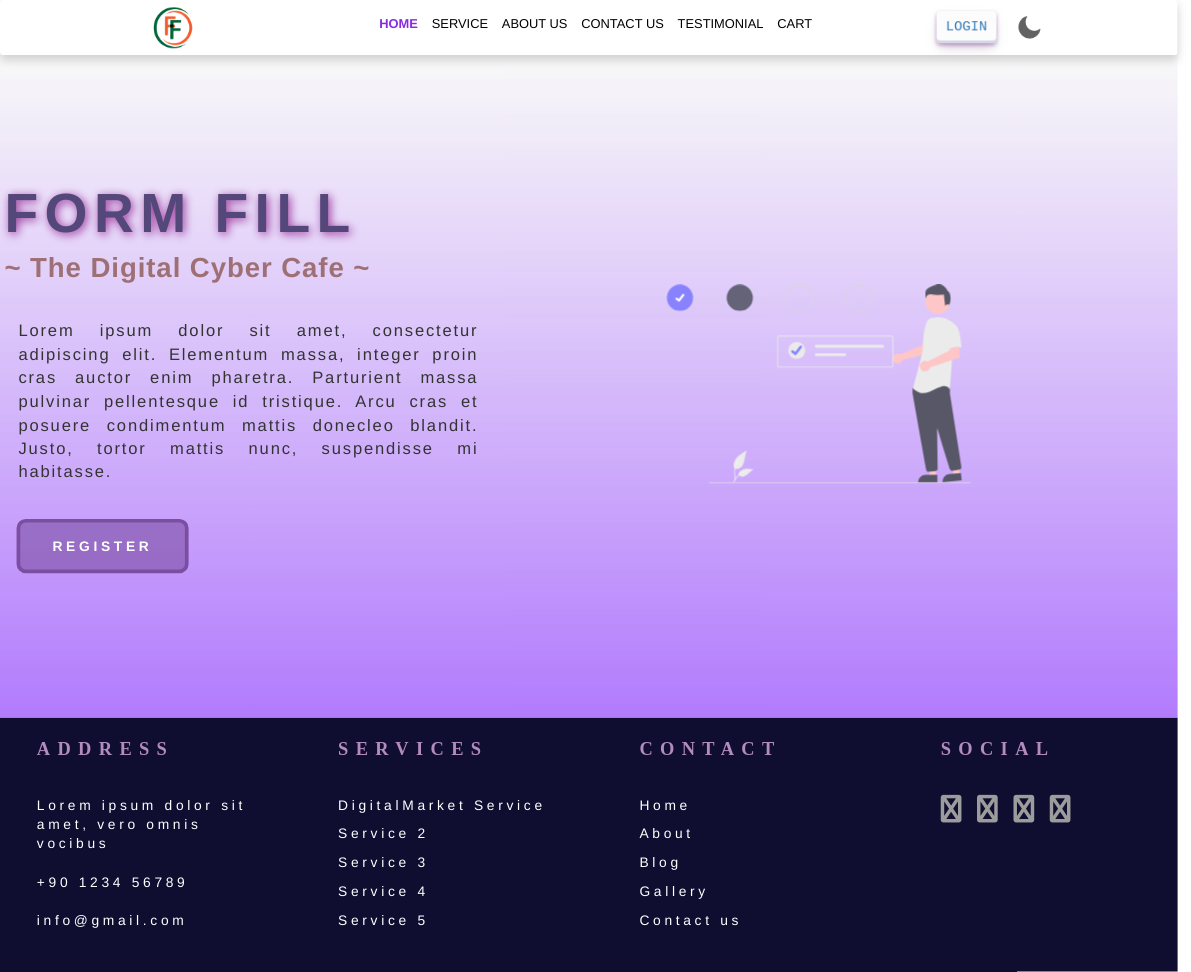
Repository: codervivek5/Formfil
Page: index.html
An editor plug-in stored every save of this project. The page is shown before and after the next save, followed by the edit.
The browser window is 1280 px wide. The page is 1295 px wide, so the pictures cover 1295 px, including what lies to the right of the window. The pictures show the whole page, at 92% of full size.
Some web fonts or font styles are not loaded; a fallback is used.

Above is the page before, as saved 2023-03-04 21:13:34.

### index.html
<!DOCTYPE html>
<html lang="en">

<head>
	<meta charset="UTF-8" />
	<meta http-equiv="X-UA-Compatible" content="IE=edge" />
	<meta name="viewport" content="width=device-width, initial-scale=1.0" />
	<title>Home-FormFil</title>
	<link rel="stylesheet" href="style/style.css" />
     <link rel="stylesheet" href="style/theme.css">

	<link rel="stylesheet" href="https://maxcdn.bootstrapcdn.com/bootstrap/3.4.1/css/bootstrap.min.css">
	<script src="https://ajax.googleapis.com/ajax/libs/jquery/3.6.0/jquery.min.js"></script>
     <script src="https://maxcdn.bootstrapcdn.com/bootstrap/3.4.1/js/bootstrap.min.js"></script>

	<link rel="stylesheet" href="https://fonts.googleapis.com/css?family=Trirong" />
	<link rel="icon" type="image/x-icon" href="./img/crop_logo.png" />
	<link rel="stylesheet" href="https://cdnjs.cloudflare.com/ajax/libs/font-awesome/6.2.1/css/all.min.css">
</head>

<body>

    <div class="loader">
          <img class= "imgload" src="img/logo.png"  alt="">
     </div>

     <header class="navbar">
      <a href="index.html"><img class="logo" src="img/logo.png" width="100px" height="100px" /></a>

      <div class="navbar-opt">
        <ul class="navbar-list">
          <li><a href="index.html" class="nav-link active">HOME</a></li>
          <li><a href="pages/service.html" class="nav-link">SERVICE </a></li>
          <li><a href="pages/about_us.html" class="nav-link">ABOUT US </a></li>
          <li><a href="pages/contact-us.html" class="nav-link">CONTACT US </a></li>
          <li><a href="pages/testimonial.html" class="nav-link">TESTIMONIAL</a></li>
          <li><a href="pages/cart.html" class="nav-link">CART</a></li>
        </ul>
      </div>

      <div class="fixed-buttons">
        <button><a href="pages/login.html" class="lgn">LOGIN</a></button>
        <img src="img/moon.png" id="icon">
      </div>

      <div class="mobile-menu">
        <ion-icon name="menu-outline" class="menu-icon"></ion-icon>
        <ion-icon name="close-outline" class="menu-icon"></ion-icon>
      </div>

     </header>

	<div class="main">

		<div class="container">
			<div class="content animated fadeInLeft">
				<h1>FORM FILL</h1>
				<h2>~ The Digital Cyber Cafe ~</h2>
				<p class="para">
					Lorem ipsum dolor sit amet, consectetur adipiscing elit.
          Elementum massa, integer proin cras auctor enim pharetra.
					Parturient massa pulvinar pellentesque id tristique.
          Arcu cras et posuere condimentum mattis donecleo blandit.
          Justo, tortor mattis nunc, suspendisse mi habitasse.
				</p>
				<div class="btn">
					<a href="pages/signup.html"> <button class="btn1 button">REGISTER</button></a>
				</div>
			</div>
			<div class="shipp animated fadeInRight">
				<img src="img/svg.svg" />
        <!-- <img src="img/formfilSvg.svg" /> -->
			</div>
		</div>
	</div>

<!-- footer section -->
<footer>
    <div>
        <div class="row">
            <div class="col-lg-3 col-md-5 col-sm-4 col-xs-12">
                <ul class="adress">
                     <span>Address</span>
                     <li>
                        <p>Lorem ipsum dolor sit amet, vero omnis vocibus</p>
                      </li>

                      <li>
                        <p>+90 1234 56789</p>
                      </li>

                      <li>
                        <p>info@gmail.com</p>
                      </li>
                 </ul>
            </div>
            <div class="col-lg-3 col-md-5 col-sm-4 col-xs-12">
               <ul class="service">
                    <span>Services</span>
                    <li>
                       <a href="#">DigitalMarket Service</a>
                     </li>

                     <li>
                        <a href="#">Service 2</a>
                     </li>

                     <li>
                       <a href="#">Service 3</a>
                     </li>

                     <li>
                        <a href="#">Service 4 </a>
                     </li>

                     <li>
                       <a href="#">Service 5</a>
                    </li>
               </ul>
           </div>
            <div class="col-lg-3 col-md-3 col-sm-4 col-xs-12">
                <ul class="contact">
                     <span>Contact</span>
                     <li>
                        <a href="index.html">Home</a>
                      </li>

                      <li>
                         <a href="pages/about_us.html">About</a>
                      </li>

                      <li>
                        <a href="#">Blog</a>
                      </li>

                      <li>
                         <a href="#">Gallery </a>
                      </li>

                      <li>
                        <a href="pages/contact-us.html">Contact us</a>
                     </li>
                </ul>
            </div>

            <div class="col-lg-3 col-md-3 col-sm-4 col-xs-12">
               <ul class="social">
                    <span>Social</span>
                    <li>
                         <a href="https://www.facebook.com/codervivek"  target="_blank"><i class="fa fa-facebook fa-2x"></i></a>
                    </li>

                    <li>
                         <a href="https://github.com/codervivek5" target="_blank"><i class="fa fa-github fa-2x"></i></a>
                    </li>

                    <li>
                         <a href="https://www.linkedin.com/in/codervivek/" target="_blank"><i class="fa fa-linkedin fa-2x"></i></a>
                    </li>

                    <li>
                         <a href="https://twitter.com/codervivek5" target="_blank"><i class="fa fa-twitter fa-2x"></i></a>
                    </li>

                    <li>
                         <a href="https://www.youtube.com/codervivek" target="_blank"><i class="fa fa-youtube-play fa-2x"></i></a>
                   </li>
                  </ul>
            </div>
       </div>
    </div>
    <button class="back-to-top hidden">
     <svg
     xmlns="http://www.w3.org/2000/svg"
     class="back-to-top-icon"
     fill="none"
     viewBox="0 0 24 24"
     stroke="currentColor"
   >
     <path
       stroke-linecap="round"
       stroke-linejoin="round"
       stroke-width="2"
       d="M7 11l5-5m0 0l5 5m-5-5v12"
     />
   </svg></button>
</footer>


<script>

     // Javascript Code for Dark Mode Switch
	var icon = document.getElementById("icon");
	icon.onclick = function(){
		document.body.classList.toggle("dark-mode");
		if (document.body.classList.contains("dark-mode")){
			icon.src="img/sun.png";
		}
		else {
			icon.src="img/moon.png";
		}
	}
  //javascript for loader
  $(document).ready(function() {
      // Animate loader off screen
   setTimeout(function() {
    $(".loader").fadeOut("slow");
   }, 0);
  });
      // Javascript Code for Scroll to top Button
      const showOnPx = 100;
      const backToTopButton = document.querySelector(".back-to-top")

     const scrollContainer = () => {
       return document.documentElement || document.body;
      };

 document.addEventListener("scroll", () => {
   if (scrollContainer().scrollTop > showOnPx) {
     backToTopButton.classList.remove("hidden")
   } else {
     backToTopButton.classList.add("hidden")
   }
 })
 const goToTop = () => {
   document.body.scrollIntoView({
     behavior: "smooth",
   });
 };
 backToTopButton.addEventListener("click", goToTop);

 const mobile_nav= document.querySelector('.mobile-menu');
const nav_header= document.querySelector(".navbar");

const toggleNav = () =>{
  nav_header.classList.toggle("switchOn");
}

mobile_nav.addEventListener('click', () => toggleNav());

</script>
<script type="module" src="https://unpkg.com/ionicons@5.5.2/dist/ionicons/ionicons.esm.js"></script>
<script nomodule src="https://unpkg.com/ionicons@5.5.2/dist/ionicons/ionicons.js"></script>
</body>
</html>

### style/style.css
@import url('https://fonts.googleapis.com/css2?family=Tilt+Prism&display=swap');

body{
	margin:0;
	padding:0;
	background:black;
font-family: 'Times New Roman', Times, serif;
overflow-x: hidden;
}
.main{
	position: relative;
	height:100%;
	width:100%;
	background-position: center;
	background-repeat: no-repeat;
	background-size: cover;
	opacity: 0.8;

}
.navbar{
    padding: 0 !important;
    padding: 0 3rem;
    height: 6rem;
    display: flex;
    justify-content: space-between;
    align-items: center;
    margin-bottom: 0 !important;
    box-shadow: 0px 5px 10px #48464640 !important;
    z-index: 999;
}

.navbar-opt{
    transition: all 0.5s;
  }

  .navbar-list{
    display: flex;
    gap: 1.5rem;
    list-style: none;
  }

  .fixed-buttons{
    display: flex;
    justify-content: center;
    align-items: center;
    column-gap: 1rem;
  }

  .active{
    font-weight: 700 !important;
  }

  .nav-link:link,
.nav-link:visited {
  display: inline-block;
  text-decoration: none;
  color: black;
}

.mobile-menu{
  display: none;
  background: transparent;
  cursor: pointer;
}

.menu-icon{
  width: 3.2rem;
  height: 3.2rem;
  z-index: 1000;
}

.menu-icon[name="close-outline"]{
  display: none;
}

.fixed-buttons button{
  align-items: center;
  appearance: none;
  background-color: #FCFCFD;
  border-radius: 4px;
  border-width: 0;
  box-shadow: #7b378e7b 0 2px 4px,#c1b6c4a8 0 7px 13px -3px,#D6D6E7 0 -3px 0 inset;
  box-sizing: border-box;
  color: #36395A;
  cursor: pointer;
  display: inline-flex;
  font-family: "JetBrains Mono",monospace;
  height: 3.5rem;
  justify-content: center;
  line-height: 1;
  list-style: none;
  overflow: hidden;
  padding-left: 1rem;
  padding-right: 1rem;
  position: relative;
  text-align: left;
  text-decoration: none;
  transition: box-shadow .15s,transform .15s;
  user-select: none;
  -webkit-user-select: none;
  touch-action: manipulation;
  white-space: nowrap;
  will-change: box-shadow,transform;
  font-size: 1.5rem;
}

.fixed-buttons button:focus {
    box-shadow: #D6D6E7 0 0 0 1.5px inset, rgba(45, 35, 66, 0.4) 0 2px 4px, rgba(45, 35, 66, 0.3) 0 7px 13px -3px, #D6D6E7 0 -3px 0 inset;
  }

  .fixed-buttons button:hover {
    box-shadow: rgba(45, 35, 66, 0.4) 0 4px 8px, rgba(45, 35, 66, 0.3) 0 7px 13px -3px, #D6D6E7 0 -3px 0 inset;
    transform: translateY(-2px);
  }

  .fixed-buttons button:active {
    box-shadow: #D6D6E7 0 3px 7px inset;
    transform: translateY(2px);
  }

@media (max-width:1220px){
    .navbar-list{
      gap: 0.3rem;
    }
  }

  @media (max-width:1030px){
    .mobile-menu{
      display: block;
    }

    .navbar{
      padding: 0 1rem;
      position: relative;
    }

    .navbar-opt{
      width: 100vw;
      height: 100vh;
      background-color: #484646dd;
      position: absolute;
      top: 0;
      left: 0;
      display: flex;
      justify-content: center;
      /* transform: translateY(100%); */
      transition: all 0.5s linear;
      opacity: 0;
      visibility: hidden;
      pointer-events: none;
    }

    .navbar-list{
      flex-direction: column;
      align-items: center;
      justify-content: center;
      font-size: 1.7rem;
      font-weight: 500;
    }

    .switchOn .navbar-opt{
      opacity: 1;
      visibility: visible;
      pointer-events: auto;
    }

    .switchOn .mobile-menu .menu-icon[name="close-outline"]{
      display: block;
    }

    .switchOn .mobile-menu .menu-icon[name="menu-outline"]{
      display: none;
    }

  }

  .nav-link:hover{
    color: grey !important;
  }

    /* ____________________________________________________________________________________________________________ */

.container{
    display: flex;
    justify-content: space-between;
    align-items: center;
    position: relative;
    top: 20vh;
    padding: 0px 25px;
}
.shipp{
  padding-left: 50px;
}
.shipp img{
    width: 60vh;
}
.content{
  display: flex;
  flex-direction: column;
  margin-left: -110px;
}
.content h1{
    color: #2a1958;
    text-shadow: 2px 2px 10px purple;
    font-size: 6rem;
    letter-spacing: 7px;
    margin-top: -5px;
    font-weight: bold;
}
.content h2{
  color: rgba(0, 0, 0, 0.87);
	width:100%;
  font-weight: bold;
  margin-top: -1px;
  letter-spacing: 1px;
}
.content .para{
  color: black;
	width:100%;
  text-align: justify;
  font-size: 18px;
  margin-top: 30px;
  padding-left: 60px;
  letter-spacing: 2px;
  font-weight: 500;

}
.content .btn{
  text-align: left;
  margin-left: 45px;
  margin-top: 20px;
}
.content button{
    padding: 15px 35px;
    border-radius: 10px;
    border: none;
    background-color: rgba(90, 34, 139,0.6) !important;
    border: 4px solid rgba(90, 34, 139);
    color: white !important;
    font-weight: bold !important;
    letter-spacing: 4px;
    font-size: 15px !important;
    transition: transform .2s;
}
.btn1:hover{
  transform: scale(1.15);
  background-color: rgba(90, 34, 139,0.2) !important;
  color: white !important;
}

@media only screen and (max-width: 1300px){
    .shipp img{
      width: 50vw;
      height: 30vh;
  }
  }

  @media only screen and (max-width: 500px){
    .container{
      display: flex;
      flex-direction: column;
      padding: 0 !important;
      margin: 0 !important;
    }
    .content{
      width: 100vw;
      display: flex;
      flex-direction: column;
      justify-content: center;
      align-items: center;
      padding: 0 !important;
      margin: 0 !important;
    }
    .shipp img{
      width: 50vw;
      height: 40vh;
  }
  .content h1{
    font-size: 3rem;
  }
  .content h2{
    font-size: 2rem;
  }
  .content .para{
    font-size: 1.5rem;
  }
  }
/* footer */
footer{
     background-color: #0f0e31;
     padding:20px 0px;
     z-index: 1;
}

footer ul li{
    padding:5px 0px;
}

.adress span , .contact span , .social span, .service span{
   color: #FFF;
   font-weight: 800;
   padding-bottom: 10px;
   margin-bottom: 20px;
   display: block;
   text-transform: uppercase;
   font-size: 20px;
   letter-spacing: 3px;
}

.adress li p , .contact li a , .social li a, .service li a{
    color:#FFF;
    letter-spacing: 2px;
    text-decoration:none;
    font-size:15px;
    font-style: sans-serif;
}

.social li{
    float:left;
}

.adress , .contact , .social , .service{
    list-style: none;
}

.fa{
    color:#9c9c9c;
    margin-right: 15px;
    font-size:24px;
}
.service span{
    letter-spacing: 8px;
    font-family:'Tilt Prism', cursive;
    color:rgb(179,140,189);
}
.contact span{
    letter-spacing: 8px;
    font-family: 'Tilt Prism', cursive;
    color:rgb(179,140,189);

}
.adress span{
    letter-spacing: 8px;
    font-family:'Tilt Prism', cursive;
    color:rgb(179,140,189);
}
.social span{
    letter-spacing: 8px;
    font-family:'Tilt Prism', cursive;
    color:rgb(179,140,189);
}
.service a{
    letter-spacing: 4px !important;
    position: relative;
    transition: all 0.5s ease;
    -webkit-transition: all 0.5s ease;
}
.service a:hover {
    color: rgb(137,130,255) !important;
    transition: all 1s ease;
    -webkit-transition: all 1s ease;
}

 .service a:before, .service a:after {
  content: '';
  position: absolute;
  width: 0%;
  height: 1px;
  bottom: -1px;
  background:rgb(204,214,246);
}

.imgload{
	height: 25%;
	width: 15%;

}
.loader{
    position: fixed;
    z-index: 1;
    top: 0;
    left: 0;
    background: #7b378ec4;
    height: 100%;
    width: 100%;
    display: flex;
    justify-content: center;
    align-items: center;
  }

  .loader.hidden{
    animation: fadeOut 2s forwards;
  }
  @keyframes fadeOut {
    100%{
      opacity: 100%;
      visibility: hidden;
    }
  }



.adress p{
    letter-spacing: 4px !important;
    position: relative;
    transition: all 0.5s ease;
    -webkit-transition: all 0.5s ease;
}
.adress p:hover {
    color: rgb(14, 214, 3) !important;
    transition: all 1s ease;
    -webkit-transition: all 1s ease;
}
.contact a{
    letter-spacing: 4px !important;
    position: relative;
    transition: all 0.5s ease;
    -webkit-transition: all 0.5s ease;
}
.contact a:hover {
    color: rgb(212, 1, 227) !important;
    transition: all 1s ease;
    -webkit-transition: all 1s ease;
}
.social i{
    position: relative;
}
.social i:hover {
    color: rgb(15, 3, 252) !important;
    transition: all 1s ease;
    -webkit-transition: all 1s ease;
}
.back-to-top {
    position: fixed;
    right: 2rem;
    bottom: 2rem;
}
.hidden {
    display: none;
        opacity: 0%;

  }
.back-to-top {
    position: fixed;
    right: 2rem;
    bottom: 2rem;
    border-radius: 100%;
    background: gray;
    padding: 1.5rem;
    border: none;
    cursor: pointer;
    opacity: 100%;
    transition: opacity 0.5s;
  }
  .back-to-top-icon {
    width: 2rem;
    height: 2rem;
    color: white;
  }
  .back-to-top:hover {
    opacity: 60%;
  }

.footerpart{
	text-align: center;
}
.animated {
  -webkit-animation-duration: 5s;
  animation-duration: 5s;
  -webkit-animation-fill-mode: both;
  animation-fill-mode: both;
}

@-webkit-keyframes fadeInLeft {
  0% {
     opacity: 0;
     -webkit-transform: translateX(-100px);
  }
  100% {
     opacity: 1;
     -webkit-transform: translateX(0);
  }
}
.fadeInLeft {
  -webkit-animation-name: fadeInLeft;
  animation-name: fadeInLeft;
}


@-webkit-keyframes fadeInRight {
  0% {
     opacity: 0;
     -webkit-transform: translateX(100px);
  }
  100% {
     opacity: 1;
     -webkit-transform: translateX(0);
  }
}

.fadeInRight {
  -webkit-animation-name: fadeInRight;
  animation-name: fadeInRight;
}



    /* ____________________________________________________________________________________________________________ */

### style/theme.css
:root{
	--color--main: linear-gradient(rgba(244, 245, 243, 0.712),rgb(159, 90, 253));
	--color--footer: rgb(119, 5, 100);
	--color--h1: #2a1958;
	--color--h2: rgba(122, 60, 60, 0.87);
	--color--p: black;
	--color--btn: #2a1958;
	--color--nav: black;
	--color--nav_before:#2a1958;
	--color--customnav: white;
}
.dark-mode{
	--color--main: linear-gradient(#4b075ac4,rgba(28, 1, 41, 0.712));
	--color--footer: rgb(65, 3, 55);
	--color--h1: rgb(255, 255, 255);
	--color--h2: rgb(233, 233, 233);
	--color--p: white;
	--color--btn: #130735;
	--color--nav: rgb(215, 244, 248);
	--color--nav_before:rgb(215, 244, 248);
	--color--customnav: rgb(174, 147, 180);
}
#icon{
	width: 30px;
	cursor: pointer;
	margin: 10px;
}
.main{
	position: relative;
	height:100vh;
	width:100%;
	background:var(--color--main);
	background-position: center;
	background-repeat: no-repeat;
	background-size: cover;
	opacity: 0.8;
}
.navbar{
	background-color: var(--color--customnav);
}

.nav-link{
	color: var(--color--p) !important;
}

.active{
	color: blueviolet !important;
}
.content h1{
    color:var(--color--h1);
margin-left: 8%;
}
.content h2{
    color: var(--color--h2);
    margin-left: 8%;
}
.content .para{
    color: var(--color--p);
}
.content .btn1 {
    background-color: var(--color--btn);
    color:honeydew;

}
.footer{
	background-color:var(--color--footer);
	display: block;
	justify-content: center;
	align-items: center;
	width: 100%;
	height: 40vh;

}

After the next save:
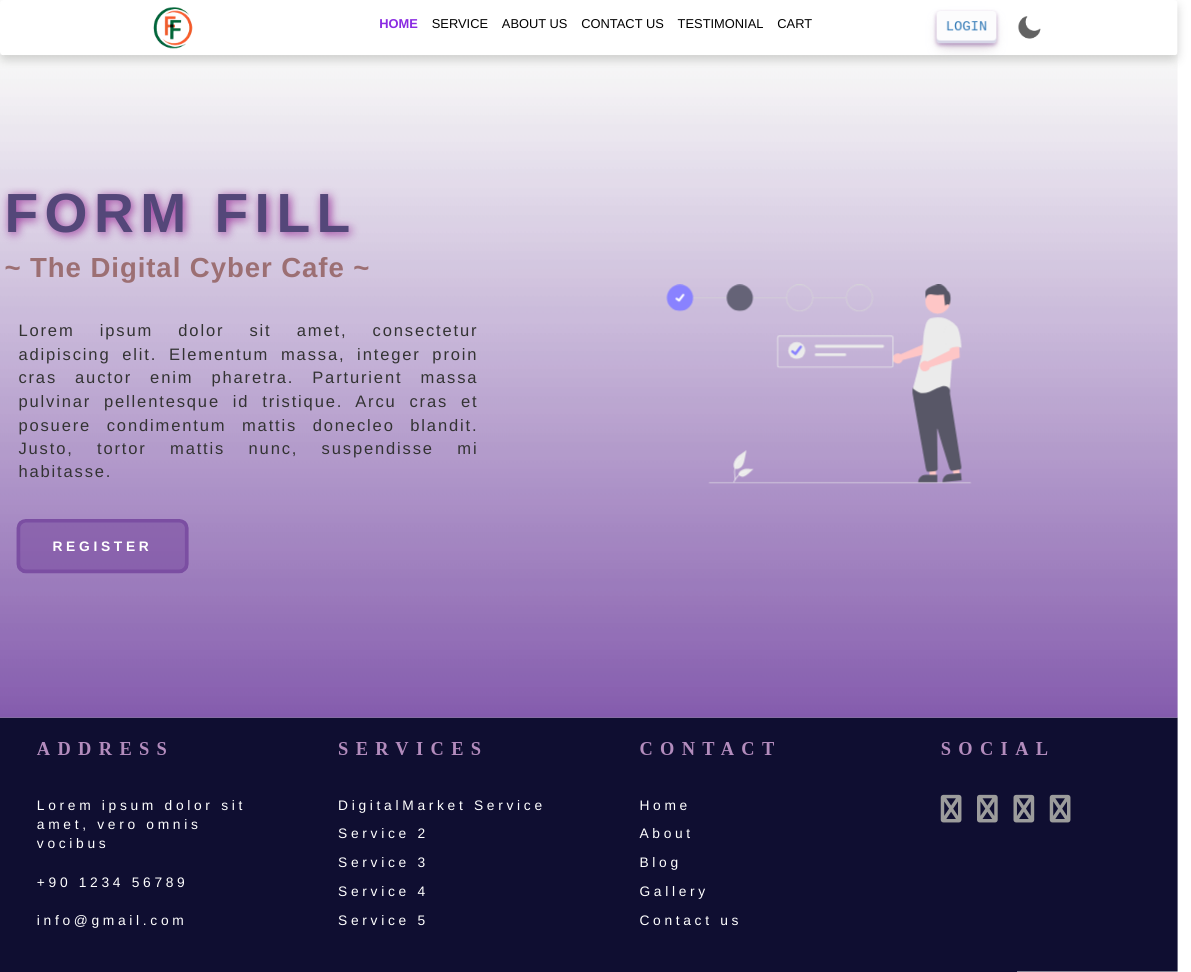
Saved 31 s later.
--- a/style/theme.css
+++ b/style/theme.css
@@ -1,5 +1,5 @@
 :root{
-	--color--main: linear-gradient(rgba(244, 245, 243, 0.712),rgb(159, 90, 253));
+	--color--main: linear-gradient(rgba(244, 245, 243, 0.712),rgb(102, 51, 153));
 	--color--footer: rgb(119, 5, 100);
 	--color--h1: #2a1958;
 	--color--h2: rgba(122, 60, 60, 0.87);
